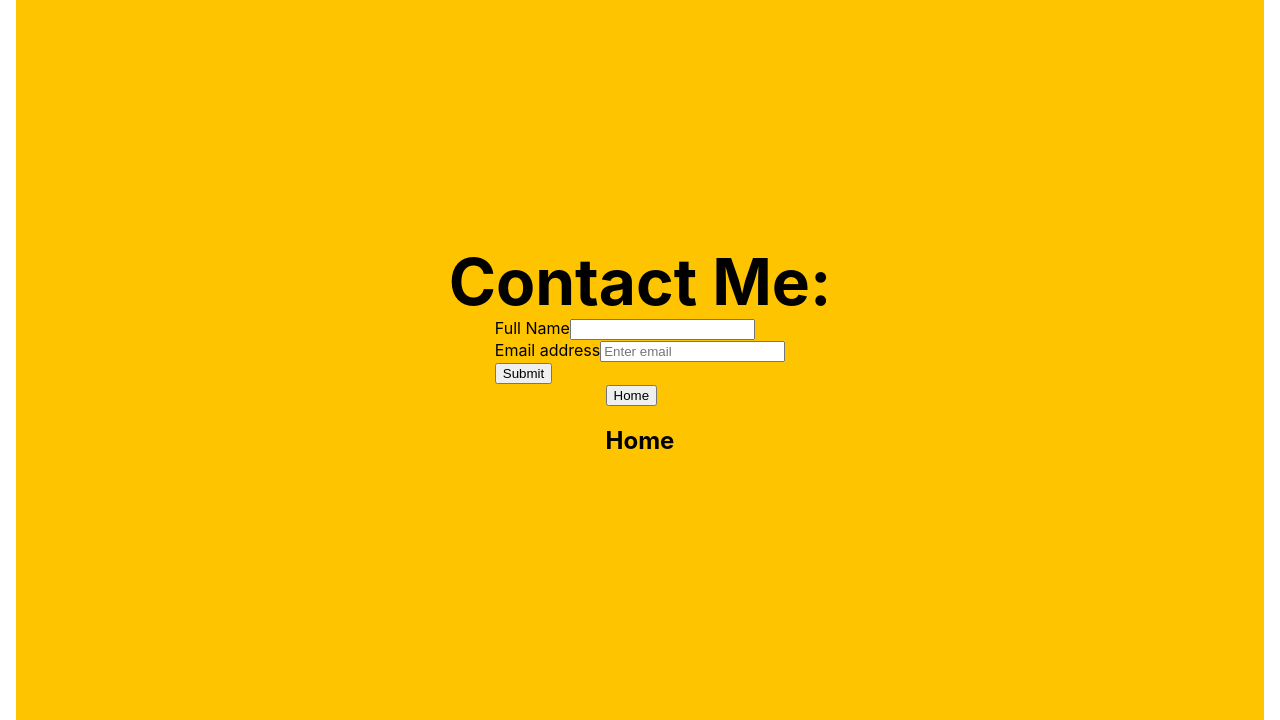
Repository: collegedude9300/zenschool
Page: /Login
An editor plug-in stored every save of this project. The page is shown before and after the next save, followed by the edit.
The browser window is 1280 px wide. The pictures show the whole page.
The project was rebuilt for these pictures with package versions that can differ from the ones it lists, and the page was loaded fresh each time. The framework's server and built-in components were replaced by stand-ins that run in the browser. Also part of the build but not shown: next.config.js.

Above is the page before, as saved 2023-12-29 10:06:53.

After the next save:
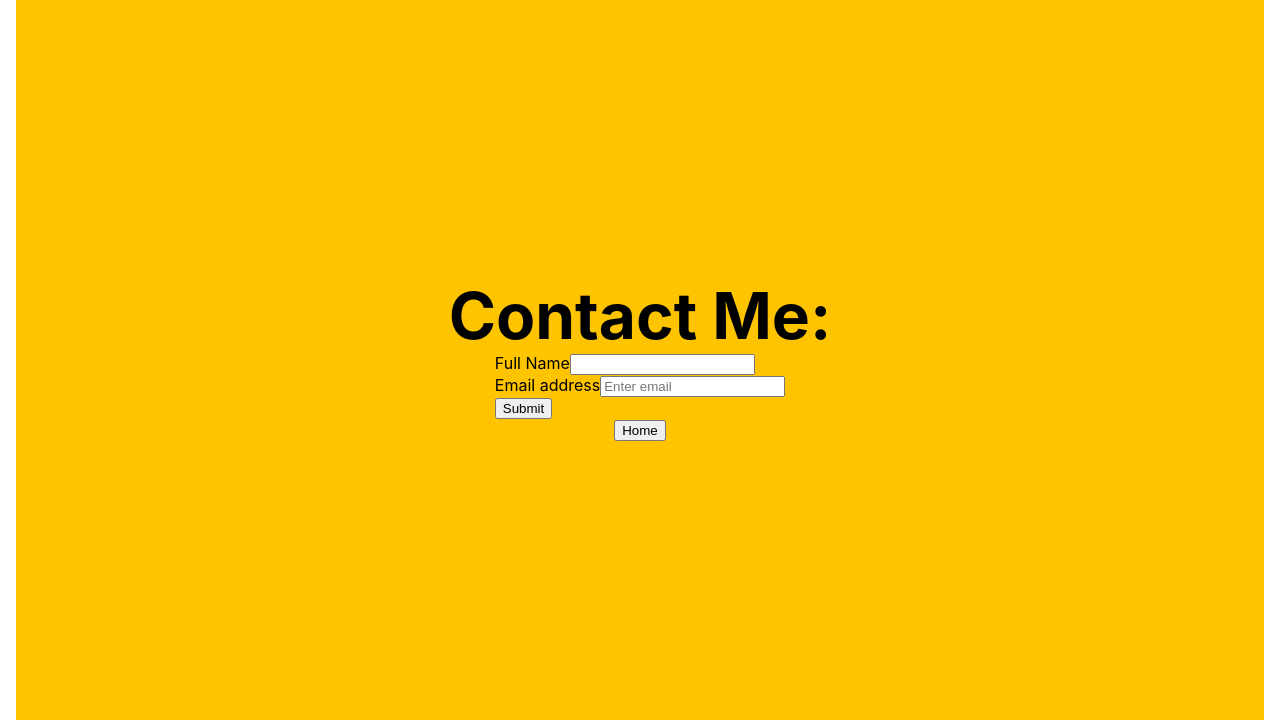
Saved 22 s later.
--- a/pages/Login.js
+++ b/pages/Login.js
@@ -70,7 +70,6 @@ export default function Login() {
         </div>
         <Link href="/" passHref>
           <button className="btn btn-primary">Home</button>
-              <h2>Home</h2>
               </Link>
       </main>
     </div>
